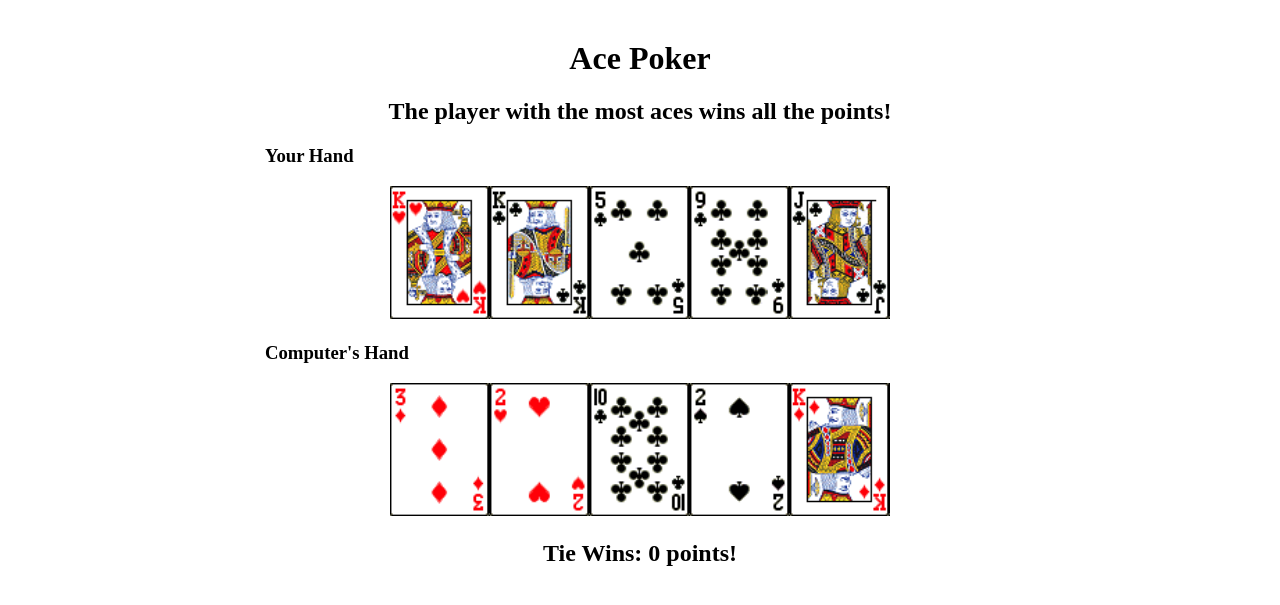
Repository: maliking/making
Page: http://localhost/labs/lab3/index.php
The author's editor kept a record of every edit. The page is drawn from the files as they stood at one moment, then again after the next edit.
The browser window is 1280 px wide. The pictures show the whole page.
The page is run by PHP 8.4 with error messages shown; the project is at /var/www/html/.

Above is the page before.

After the next edit:
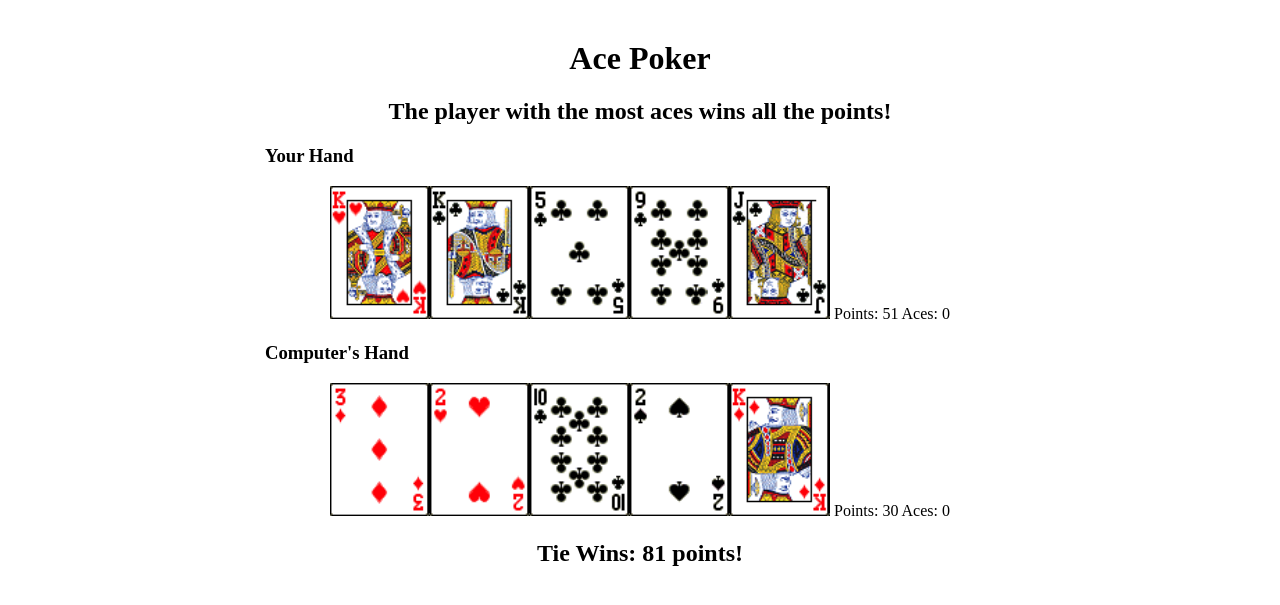
The edit:
--- a/labs/lab3/inc/functions.php
+++ b/labs/lab3/inc/functions.php
@@ -34,6 +34,13 @@
             }
                 $handPoints = $handPoints + $cardValue;
         }
+        echo " Points: " . $handPoints;
+
+    echo "  Aces: "  . $handAces;
+
+    $totalPoints = $totalPoints + $handPoints;
+
+    return $handAces;
     }
 
 
